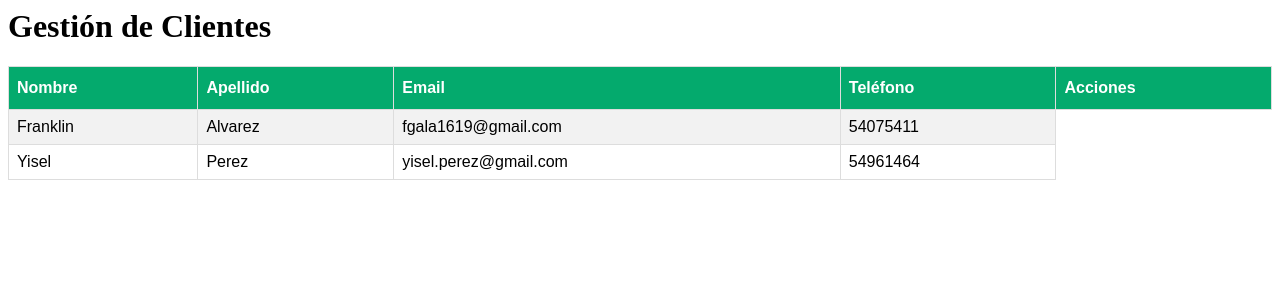
Repository: fgala1619/frontSistGestionBank
Page: index.html
The author's editor kept a copy of each file at every save. The page is drawn from the files as they stood at one save, then again after the next save.
The browser window is 1280 px wide. The pictures show the whole page.

Above is the page before, as saved 2023-07-08 22:21:53.

After the next save:
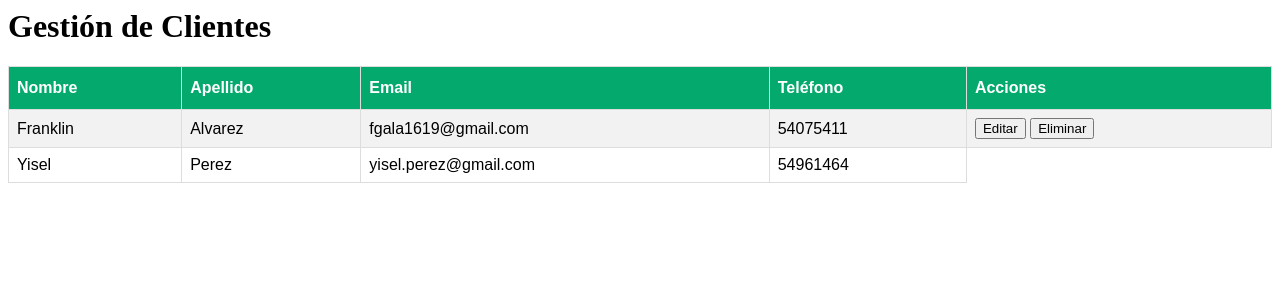
Saved 81 s later.
--- a/index.html
+++ b/index.html
@@ -14,6 +14,10 @@
         <td>Alvarez</td>
         <td>fgala1619@gmail.com</td>
         <td>54075411</td>
+        <td>
+            <button>Editar</button>
+            <button>Eliminar</button>
+        </td>
     </tr>
 
     <tr>
